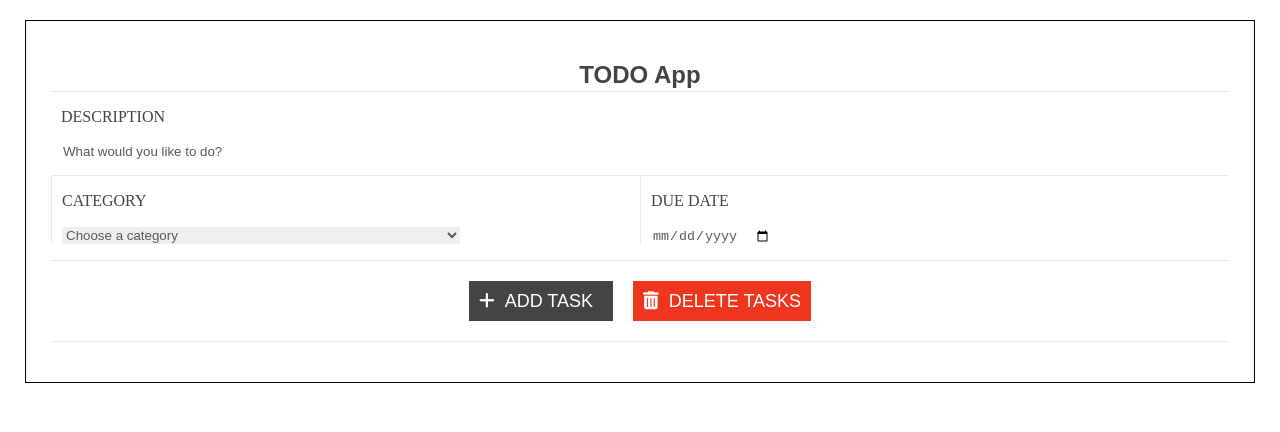
Repository: king-slayer97/TODO-App
Page: http://localhost/
The author's editor kept a copy of each file at every save. The page is drawn from the files as they stood at one save, then again after a run of saves.
The browser window is 1280 px wide. The pictures show the whole page.
Some web libraries are served in a nearby version. The page is served by the project's Node server (index.js). Queries for data that is not in the repository find no rows.

Above is the page before, as saved 2022-08-17 22:44:40.

After the next 4 saves:
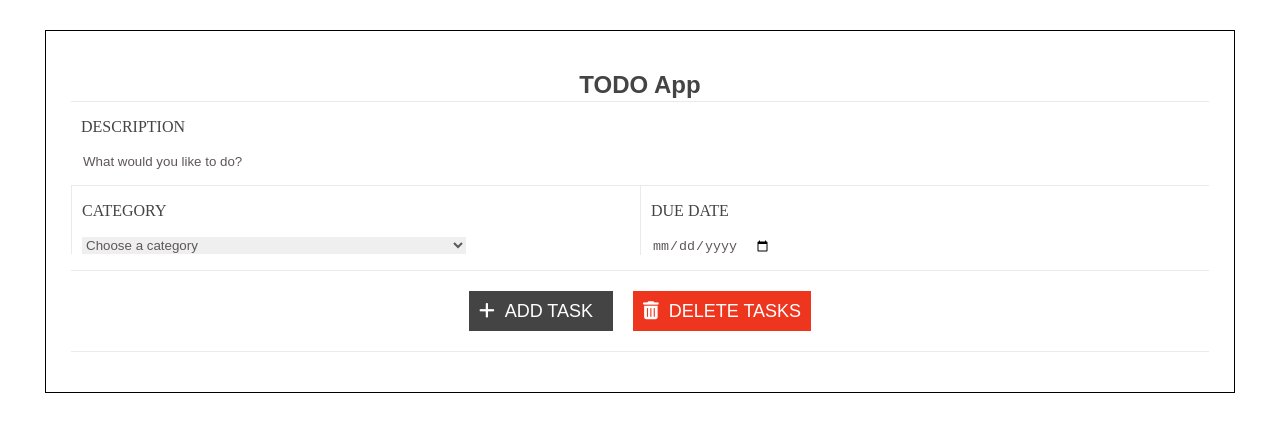
The 4 saves are shown as one change because they came seconds apart.
The last was saved 16 s later.
--- a/assets/css/home.css
+++ b/assets/css/home.css
@@ -5,7 +5,7 @@ body {
 .wrapper {
   border: 1px solid black;
   padding: 20px 25px;
-  margin: 20px 25px;
+  margin: 30px 45px;
   /* height: 90vh; */
 }
 
